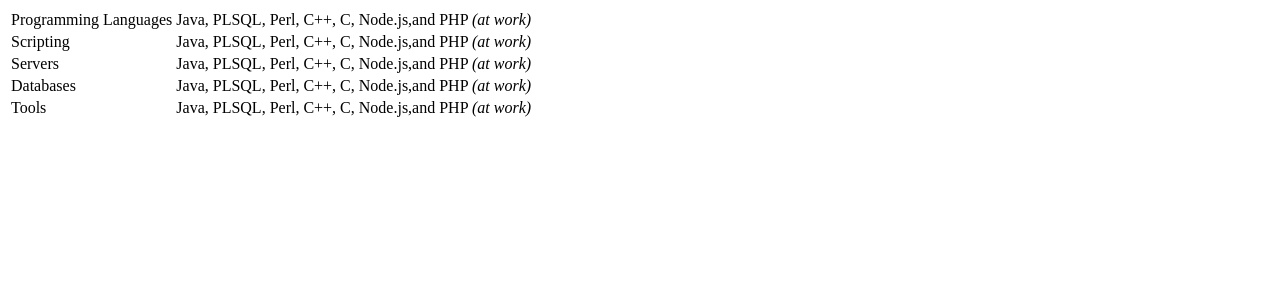
Repository: phanindrakannaji/Resume
Page: http://localhost/application/pages/skills.php
The author's editor kept a copy of each file at every save. The page is drawn from the files as they stood at one save, then again after the next save.
The browser window is 1280 px wide. The pictures show the whole page.
The page is run by PHP 8.4 with error messages shown; the project is at /var/www/html/.

Above is the page before, as saved 2016-09-25 20:28:34.
Console error: ReferenceError: $ is not defined

### Resume/application/pages/skills.php
<script type="text/javascript" src="../resources/scripts/refreshScript.js"></script>
<table class="skillsTable">
<tbody>
<tr class="skillsRow">
<td class="skillsHeading">
Programming Languages
</td>
<td class="skillsContent">
Java, PLSQL, Perl, C++, C, Node.js,and PHP <i>(at work)</i>
</td>
</tr>
<tr class="skillsRow">
<td class="skillsHeading">
Scripting
</td>
<td class="skillsContent">
Java, PLSQL, Perl, C++, C, Node.js,and PHP <i>(at work)</i>
</td>
</tr>
<tr class="skillsRow">
<td class="skillsHeading">
Servers
</td>
<td class="skillsContent">
Java, PLSQL, Perl, C++, C, Node.js,and PHP <i>(at work)</i>
</td>
</tr>
<tr class="skillsRow">
<td class="skillsHeading">
Databases
</td>
<td class="skillsContent">
Java, PLSQL, Perl, C++, C, Node.js,and PHP <i>(at work)</i>
</td>
</tr>
<tr class="skillsRow">
<td class="skillsHeading">
Tools
</td>
<td class="skillsContent">
Java, PLSQL, Perl, C++, C, Node.js,and PHP <i>(at work)</i>
</td>
</tr>
</tbody>
</table>

### Resume/resources/scripts/refreshScript.js
$(document).ready(function(){
	$("#commandInput").keypress(function(e){
		keypressInBox(e);
	});
	$("#commandInput").focus();
})

After the next save:
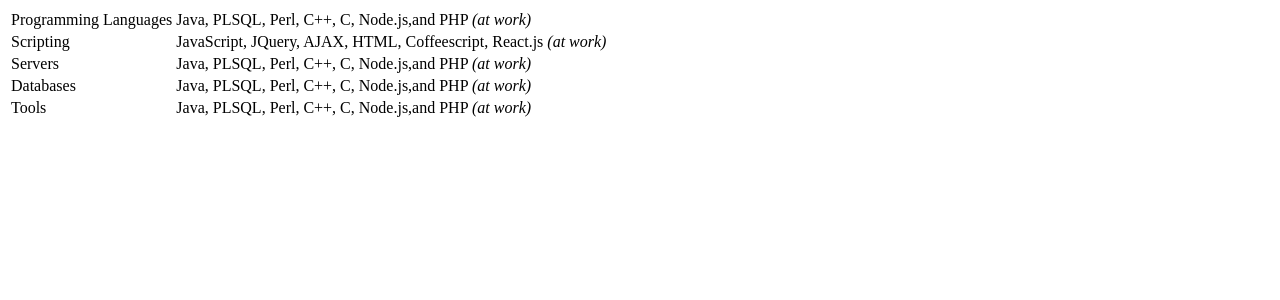
Saved 34 s later.
--- a/Resume/application/pages/skills.php
+++ b/Resume/application/pages/skills.php
@@ -14,7 +14,7 @@
 Scripting
 </td>
 <td class="skillsContent">
-Java, PLSQL, Perl, C++, C, Node.js,and PHP <i>(at work)</i>
+JavaScript, JQuery, AJAX, HTML, Coffeescript, React.js <i>(at work)</i>
 </td>
 </tr>
 <tr class="skillsRow">
